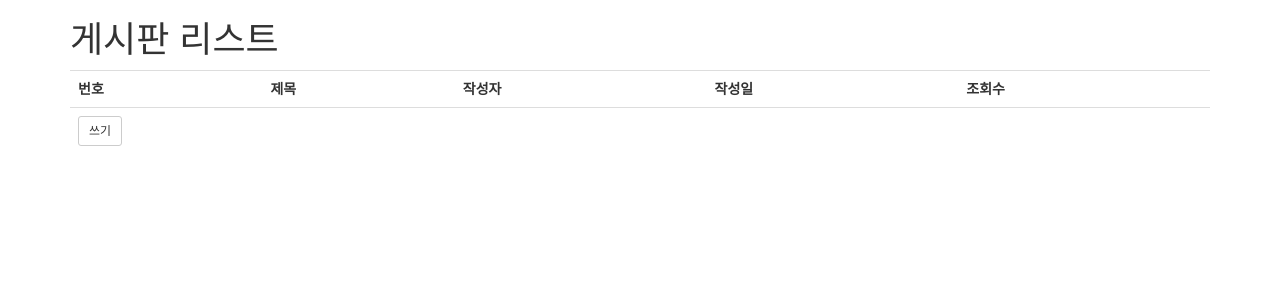
Repository: seokku/java2
Page: http://localhost/jspProject/notice/list.jsp
These files come from the project's save history. The page is drawn as it stood at one moment and after the next save; the edit follows.
The browser window is 1280 px wide. The pictures show the whole page.
The page is served by Tomcat 9. Queries for data that is not in the repository find no rows.

Above is the page before, as saved 2021-02-15 02:05:38.

After the next save:
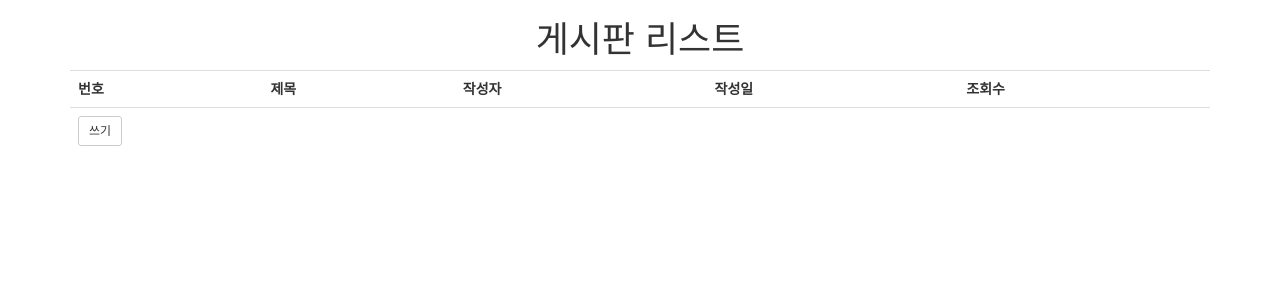
Saved 29 min 28 s later.
--- a/workspace/web/jspProject/WebContent/notice/list.jsp
+++ b/workspace/web/jspProject/WebContent/notice/list.jsp
@@ -56,7 +56,7 @@
 <body>
 <div class="container">
 
-<h1>게시판 리스트</h1>
+<h1 class="text-center">게시판 리스트</h1>
 <table class="table">
 <tr>
 	<th>번호</th>

After the save that followed:
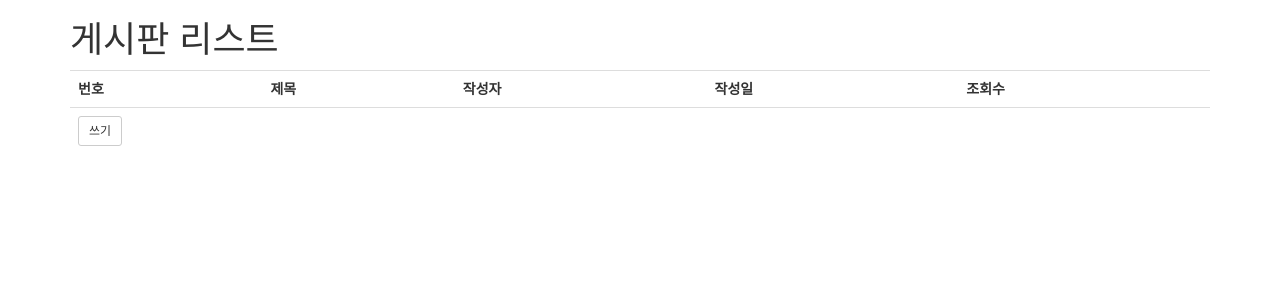
Saved 4 min 38 s later.
--- a/workspace/web/jspProject/WebContent/notice/list.jsp
+++ b/workspace/web/jspProject/WebContent/notice/list.jsp
@@ -56,7 +56,7 @@
 <body>
 <div class="container">
 
-<h1 class="text-center">게시판 리스트</h1>
+<h1>게시판 리스트</h1>
 <table class="table">
 <tr>
 	<th>번호</th>
